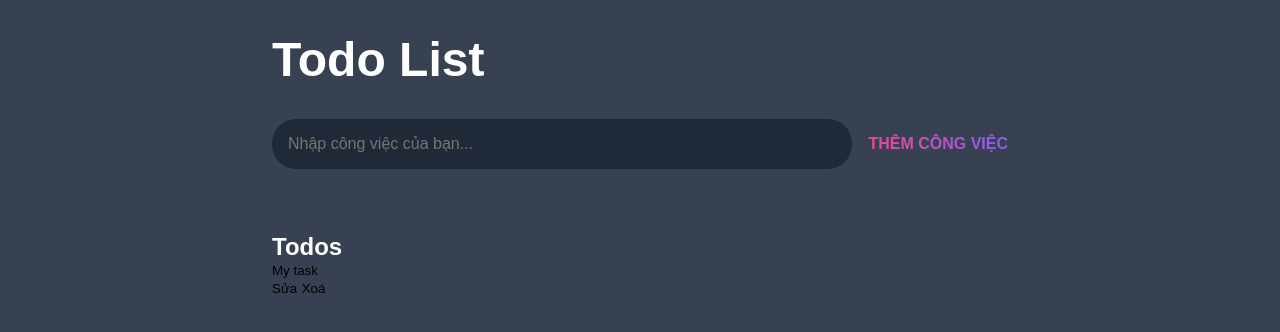
Repository: ntheanh/Todo-List
Page: index.html
The author's editor kept a copy of each file at every save. The page is drawn from the files as they stood at one save, then again after the next save.
The browser window is 1280 px wide. The pictures show the whole page.
The style sheet was rebuilt from its Sass, Less or Tailwind sources for each picture, by a compiler version that may differ from the author's.

Above is the page before, as saved 2023-03-15 22:50:58.

### index.html
<!DOCTYPE html>
<html lang="en">
  <head>
    <meta charset="UTF-8" />
    <meta http-equiv="X-UA-Compatible" content="IE=edge" />
    <meta name="viewport" content="width=device-width, initial-scale=1.0" />
    <title>My Todo List</title>
    <link rel="stylesheet" href="style.css" />
  </head>
  <body>
    <header>
      <h1>Todo List</h1>
      <form action="" id="new-todo-form">
        <input
          id="new-todo-input"
          type="text"
          name="todo"
          placeholder="Nhập công việc của bạn... "
        />
        <input id="new-todo-submit" type="submit" value="Thêm Công Việc" />
      </form>
    </header>
    <main>
      <section class="task-list">
        <h2>Todos</h2>
        <div id="tasks">
          <div class="task">
            <div class="content">
              <input
                type="text"
                class="content_input"
                value="My task"
                readonly
              />
            </div>
            <div class="actons">
              <button class="edit">Sửa</button>
              <button class="delete">Xoá</button>
            </div>
          </div>
        </div>
      </section>
    </main>

    <script src="app.js"></script>
  </body>
</html>

### style.scss
:root {
  --dark: #374151;
  --darker: #1f2937;
  --darkest: #111827;
  --gray: #6b7280;
  --light: #eee;
  --pink: #ec4899;
  --purple: #8b5cf6;
}

* {
  margin: 0;
  padding: 0;
  box-sizing: border-box;
  font-family: "Poppins", sans-serif;
}

body {
  display: flex;
  flex-direction: column;
  min-height: 100vh;
  background: var(--dark);
  color: #fff;
}

header {
  padding: 2rem;
  width: 100%;
  max-width: 800px;
  margin: 0 auto;
  h1 {
    font-size: 3rem;
    font-weight: 600;
    margin-bottom: 2rem;
  }
}
#new-todo-form {
  display: flex;
}

input,
button {
  appearance: none;
  border: none;
  outline: none;
  background: none;
}

#new-todo-input {
  flex: 1 1 0%;
  background: var(--darker);
  padding: 1rem;
  border-radius: 1.5rem;
  margin-right: 1rem;
  color: var(--light);
  font-size: 1rem;
}
#new-todo-submit {
  color: var(--pink);
  font-size: 1rem;
  font-weight: 700;
  text-transform: uppercase;
  background: linear-gradient(to right, var(--pink), var(--purple));
  background-clip: text;
  -webkit-text-fill-color: transparent;
  transition: 0.4s;
  &:hover {
    opacity: 0.8;
  }
  &:active {
    opacity: 0.6;
  }
}

main {
  flex: 1 1 0%;
  width: 100%;
  max-width: 800px;
  margin: 0 auto;
  .task-list {
    padding: 2rem;
    li {
      display: flex;
      align-items: center;
      justify-content: space-between;
      padding: 1rem;
      border-radius: 1rem;
      margin-bottom: 1rem;
      background: var(--darker);
      .task {
        flex: 1 1 0%;
        font-size: 1.2rem;
        font-weight: 600;
        color: var(--light);
        text-decoration: none;
        transition: 0.4s;
        &:hover {
          text-decoration: underline;
        }
      }
      .task-completed {
        text-decoration: line-through;
        color: var(--gray);
      }
      .task-delete {
        color: var(--pink);
        font-size: 1.2rem;
        font-weight: 700;
        transition: 0.4s;
        &:hover {
          opacity: 0.8;
        }
        &:active {
          opacity: 0.6;
        }
      }
    }
  }
}

Loaded but not shown: app.js (no stored copy; drawn as an empty file)

After the next save:
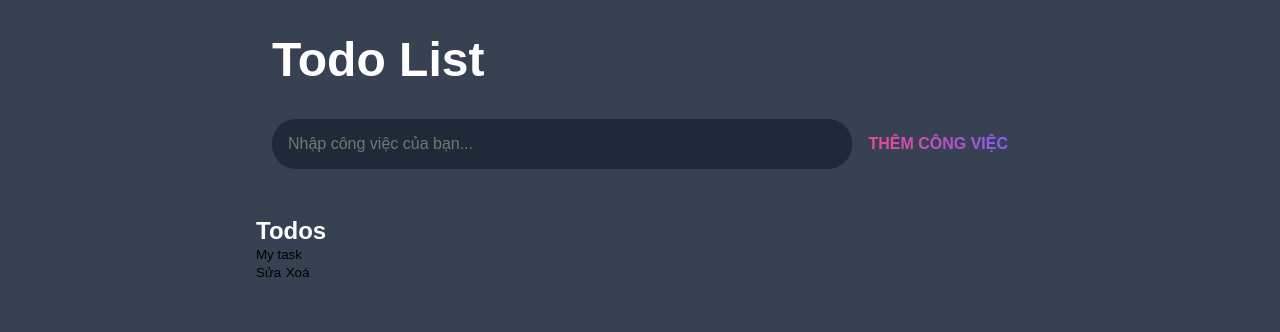
Saved 24 s later.
--- a/style.scss
+++ b/style.scss
@@ -78,42 +78,6 @@
   max-width: 800px;
   margin: 0 auto;
   .task-list {
-    padding: 2rem;
-    li {
-      display: flex;
-      align-items: center;
-      justify-content: space-between;
-      padding: 1rem;
-      border-radius: 1rem;
-      margin-bottom: 1rem;
-      background: var(--darker);
-      .task {
-        flex: 1 1 0%;
-        font-size: 1.2rem;
-        font-weight: 600;
-        color: var(--light);
-        text-decoration: none;
-        transition: 0.4s;
-        &:hover {
-          text-decoration: underline;
-        }
-      }
-      .task-completed {
-        text-decoration: line-through;
-        color: var(--gray);
-      }
-      .task-delete {
-        color: var(--pink);
-        font-size: 1.2rem;
-        font-weight: 700;
-        transition: 0.4s;
-        &:hover {
-          opacity: 0.8;
-        }
-        &:active {
-          opacity: 0.6;
-        }
-      }
-    }
+    padding: 1rem;
   }
 }

After the save that followed:
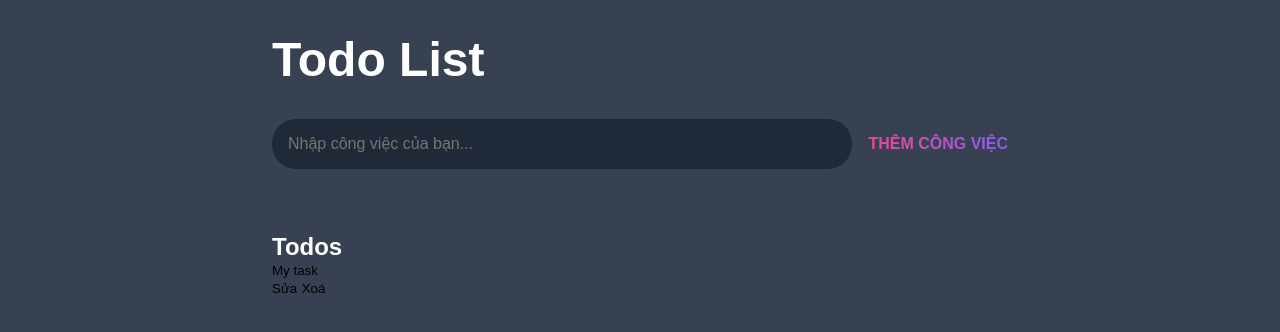
Saved 5 s later.
--- a/style.scss
+++ b/style.scss
@@ -78,6 +78,6 @@
   max-width: 800px;
   margin: 0 auto;
   .task-list {
-    padding: 1rem;
+    padding: 2rem;
   }
 }
